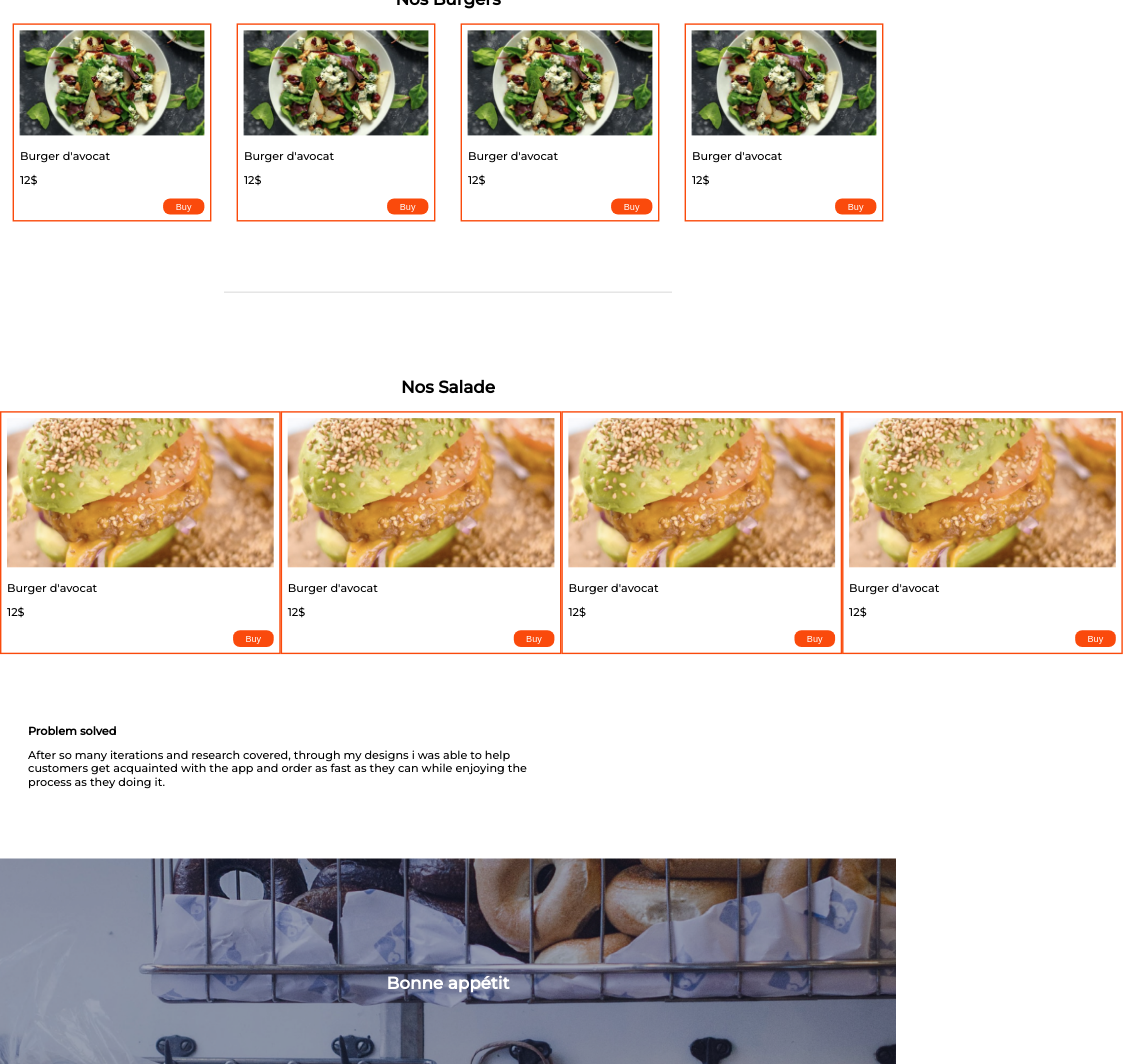
Repository: Ahlam-belhadj/bella-olange
Page: index.html
These files come from the project's save history. The page is drawn as it stood at one moment and after the next save; the edit follows.
The browser window is 1280 px wide. The page is 1604 px wide, then 1491 px, so the pictures cover 1604 px, including what lies to the right of the window. The pictures show the part of the page from y = 1389 to 2909 px (the page is 3301 px tall), at 70% of full size.

Above is the page before, as saved 2023-02-14 11:48:12.

### index.html
<!DOCTYPE html>
<html lang="en">

<head>
    <meta charset="UTF-8">
    <meta http-equiv="X-UA-Compatible" content="IE=edge">
    <meta name="viewport" content="width=device-width, initial-scale=1.0">
    <link rel="stylesheet" href="style.css">
    <title>Bella olanje</title>
</head>

<body>
    <header>
        <nav>
            <div class="logo"><img  class="logo" src="image/logo_bella_olonje.png" alt="logo"></div>
            <ul>
                <li><a href="#" class="nav-link">Home</a></li>
                <li><a href="#" class="nav-link">Pizza</a></li>
                <li><a href="#" class="nav-link">Burgers</a></li>
                <li><a href="#" class="nav-link">Salade</a></li>
                <li><a href="#" class="nav-link">Contact</a></li>

            </ul>
            <div class="icon_navbar">
                <label for="click" class="menu-btn">
                  <i class="fas fa-bars"></i>
                </label>
            </div>
          </nav>

        <div class="title">
            <div class="texte">
                <h3>Food app</h3>
                <h1>Chez Bella <br>
                    chaque désire s'additionne.</h1>
            </div>
        </div>
    </header>
    <main>
        <h2 id="pizza" >Nos Pizza</h2>
        <div class="container-card">
            <div class="border">
                <div class="card-img">
                    <img class="pimg" src="image/fromage.png" alt="">
                </div>
                <div class="card-text">
                    <p>
                        Pizza 4 Fromage
                    </p>
                </div>
                <div class="prix">
                    <p>
                        12$
                    </p>
                </div>
                <div class="button1">
                    <a href="index2.html"><button class="button" type="button">Buy</button></a>
                </div>
            </div>
            <div class="border">
                <div class="card-img">
                    <img  class="pimg" src="image/fromage.png" alt="">
                </div>
                <div class="card-text">
                    <p>
                        Pizza 4 Fromage
                    </p>
                </div>
                <div class="prix">
                    <p>
                        12$
                    </p>
                </div>
                <div class="button1">
                    <a href="index2.html"><button class="button" type="button">Buy</button></a>
                </div>
            </div>
            <div class="border">
                <div class="card-img">
                    <img class="pimg" src="image/fromage.png" alt="">
                </div>
                <div class="card-text">
                    <p>
                        Pizza 4 Fromage
                    </p>
                </div>
                <div class="prix">
                    <p>
                        12$
                    </p>
                </div>
                <div class="button1">
                    <a href="index2.html"><button class="button" type="button">Buy</button></a>
                </div>
            </div>
            <div class="border">
                <div class="card-img">
                    <img class="pimg"src="image/fromage.png" alt="">
                </div>
                <div class="card-text">
                    <p>
                        Pizza 4 Fromage
                    </p>
                </div>
                <div class="prix">
                    <p>
                        12$
                    </p>
                </div>
                <div class="button1">
                    <a href="index2.html"><button class="button" type="button">Buy</button></a>
                </div>
            </div>
        </div>
        <hr id="burgers">
        <h2>Nos Burgers</h2>
        <div class="container-card">
            <div class="border">
                <div class="card-img">
                    <img class="pimg" src="image/salade.png" alt="">
                </div>
                <div class="card-text">
                    <p>
                        Burger d'avocat
                    </p>
                </div>
                <div class="prix">
                    <p>
                        12$
                    </p>
                </div>
                <div class="button1">
                    <a href="index2.html"><button class="button" type="button">Buy</button></a>
                </div>
            </div>
            <div class="border">
                <div class="card-img">
                    <img class="pimg"  src="image/salade.png" alt="">
                </div>
                <div class="card-text">
                    <p>
                        Burger d'avocat
                    </p>
                </div>
                <div class="prix">
                    <p>
                        12$
                    </p>
                </div>
                <div class="button1">
                    <a href="index2.html"><button class="button" type="button">Buy</button></a>
                </div>
            </div>
            <div class="border">
                <div class="card-img">
                    <img class="pimg" src="image/salade.png" alt="">
                </div>
                <div class="card-text">
                    <p>
                        Burger d'avocat
                    </p>
                </div>
                <div class="prix">
                    <p>
                        12$
                    </p>
                </div>
                <div class="button1">
                    <a href="index2.html"><button class="button" type="button">Buy</button></a>
                </div>
            </div>
            <div class="border">
                <div class="card-img">
                    <img class="pimg" src="image/salade.png" alt="">
                </div>
                <div class="card-text">
                    <p>
                        Burger d'avocat
                    </p>
                </div>
                <div class="prix">
                    <p>
                        12$
                    </p>
                </div>
                <div class="button1">
                    <a href="index2.html"><button class="button" type="button">Buy</button></a>
                </div>
            </div>
        </div>
        <hr id="salade">
        <h2>Nos Salade</h2>
        <div class="container-card">
            <div class="border">
                <div class="card-img">
                    <img src="image/burger.png" alt="">
                </div>
                <div class="card-text">
                    <p>
                        Burger d'avocat
                    </p>
                </div>
                <div class="prix">
                    <p>
                        12$
                    </p>
                </div>
                <div class="button1">
                    <a href="index2.html"><button class="button" type="button">Buy</button></a>
                </div>
            </div>
            <div class="border">
                <div class="card-img">
                    <img src="image/burger.png" alt="">
                </div>
                <div class="card-text">
                    <p>
                        Burger d'avocat
                    </p>
                </div>
                <div class="prix">
                    <p>
                        12$
                    </p>
                </div>
                <div class="button1">
                    <a href="index2.html"><button class="button" type="button">Buy</button></a>
                </div>
            </div>
            <div class="border">
                <div class="card-img">
                    <img src="image/burger.png" alt="">
                </div>
                <div class="card-text">
                    <p>
                        Burger d'avocat
                    </p>
                </div>
                <div class="prix">
                    <p>
                        12$
                    </p>
                </div>
                <div class="button1">
                    <a href="index2.html"><button class="button" type="button">Buy</button></a>
                </div>
            </div>
            <div class="border">
                <div class="card-img">
                    <img src="image/burger.png" alt="">
                </div>
                <div class="card-text">
                    <p>
                        Burger d'avocat
                    </p>
                </div>
                <div class="prix">
                    <p>
                        12$
                    </p>
                </div>
                <div class="button1">
                    <a href="index2.html"><button class="button" type="button">Buy</button></a>
                </div>
            </div>
        </div>


        <strong>
            Problem solved
        </strong>


        <p class="texte3">After so many iterations and research covered, through my designs i was able to help <br> customers get
            acquainted
            with the app and order as fast as they can while enjoying the <br>
            process as they doing it.</p>



        <div class="title1">
            <div class="texte">
                <h2>Bonne appétit</h2>
            </div>
        </div>

        <footer class="footer">
            <img class="footer_logo" src="image/logo_bella_olonje.png" alt="logo">
            <div class="social">
                <img src="image/ant-design_twitter-outlined.png" alt="panier">
                <img src="image/ant-design_facebook-filled.png" alt="facebook">
                <img src="image/instagram.png" alt="insta">
            </div>
            <p class="copy">Copyright 2020 BienManger.com</p>
        </footer>
    </main>

</body>

</html>

### style.css
@import url('https://fonts.googleapis.com/css2?family=Montserrat:wght@100;200;500&display=swap');

body {
    font-family: Montserrat, sans-serif;
    margin: auto;
}


.logo {
    height: 80px;
}

nav {
    display: flex;
    height: 80px;
    width: 100%;
    background: white;
    align-items: center;
    justify-content: space-between;
    padding: 0 50px 0 100px;
    flex-wrap: wrap;
  }

  nav .logo {
    color: #fff;
    font-size: 20px;
    text-transform: uppercase;
    text-decoration: none;
  }

  nav a {
    color: #fff;
    text-decoration: none;
  }

  nav ul {
    display: flex;
    flex-wrap: wrap;
    list-style: none;

  }

  nav ul li {
    margin: 0 5px;
  }

  nav ul li a {
    color: black;
    text-decoration: none;
    font-size: 16px;
    font-weight: 500;
    padding: 8px 15px;
    border-radius: 5px;
    letter-spacing: 1px;
    transition: all 0.3s ease;
  }

  nav .icon_navbar {
    display: flex;
  }



  nav .menu-btn i {
    color: #050505;
    font-size: 22px;
    cursor: pointer;

  }

  input[type="checkbox"] {
    display: none;
  }

  @media (max-width: 1000px) {
    nav {
      padding: 0 40px 0 50px;
    }

    nav .logo {
      color: #fff;
      font-size: 16px;
      text-transform: uppercase;
    }
  }

  @media (max-width: 1250px) {
    nav .menu-btn i {
      display: block;
    }

    #click:checked~.menu-btn i:before {
      content: "\f00d";
    }

    nav ul {
      position: fixed;
      top: 80px;
      right: -100%;
      background: #C81100;
      height: 100vh;
      width: 60%;
      text-align: center;
      display: block;
      transition: all 0.3s ease;
    }

    #click:checked~ul {
      right: 0;
    }

    nav ul li {
      width: 100%;
      margin: 40px 0;
    }

    nav ul li a {
      width: 100%;
      display: block;
      font-size: 20px;
      transition: 0.6s cubic-bezier(0.68, -0.55, 0.265, 1.55);
    }

    #click:checked~ul li a {
      margin-left: 0px;
    }

    nav ul li a.active,
    nav ul li a:hover {
      background: none;
      color: #1E1E1E;
    }
  }

.title {
  background-image: url(image/Rectangle\ 48.png);
  height: 619px;
  background-repeat: no-repeat;
  background-position: center;
  background-size: cover;



}

.texte{
    color: white;
    display: flex;
    align-items: center;
    justify-content: center;
    flex-direction: column;
    text-align: center;
    height: 50%;
}

h2{
    text-align:center;
    padding-top: 100px;
}

.container-card{
    display: flex;
    flex-direction: row;
    justify-content: space-around;
    align-items: center;
    margin-bottom: 100px;

}

.border{
    border: 2px solid #fa4a0c;
    padding: 8px;

}

.pimg {
  height: 150px;
}

.button {
    border: 0;
    line-height: 1.8;
    padding: 0 18px;
    font-size: 13px;
    text-align: center;
    color: #fff;
    border-radius: 10px;
    background-color:#FA4A0C;

}


.button1{
    display: flex;
    justify-content: end;

}

.imgf{
    height: 619px;
}

.title1 {
    background-image: url(image/Rectangle\ 47.png);
    height: 516px;
    background-repeat: no-repeat;
    background-position: center;
    background-size: cover;



}

p.texte3 {

    margin-bottom: 100px;
    padding-left: 40px;
}

.footer {
    padding: 0 115px 54px 115px;
    display: flex;
    flex-direction: row;
    justify-content: space-between;
}

.footer_logo {
    padding-top: 17px;
    height: 90px;
}

.social {
    padding-top: 66px;
}

.copy {
    padding-top: 74px;
    font-family: Montserrat;
    font-style: normal;
    font-weight: 700;
    font-size: 12px;
    line-height: 18px;
    letter-spacing: 0.2px;
}


hr {
    width: 50%;
    height: 2px;
    background-color:#E4E4E4;
    border: none;
}

strong {
    padding-left: 40px;

}



@media (max-width:700px) {

    .container-card{
        flex-direction: column;
    }

    .border {
        margin: 20px;
    }


    .footer{
        padding: 0;
        display: flex;
        flex-direction: column;
    }


    .footer_logo{
        width: 150px;

       padding-left: 150px;
       margin-bottom: 0x;
    }
    .social {
        display: flex;
        justify-content: center;
    }

    .nav-menu {
        width: 105%;
    }

    .copy{
        text-align: center;
    }


}

@media screen and (min-width:701px) and (max-width:1199px) {

  .container-card{
    flex-direction: column;
}

.border {
    margin: 20px;
}


.footer{
    padding: 0;
    display: flex;
    flex-direction: column;
}


.footer_logo{
    width: 150px;
    padding-left: 450px;
   margin-bottom: 0x;
}
.social {
    display: flex;
    justify-content: center;
}

.nav-menu {
    width: 105%;
}

.copy{
    text-align: center;
}


}

After the next save:
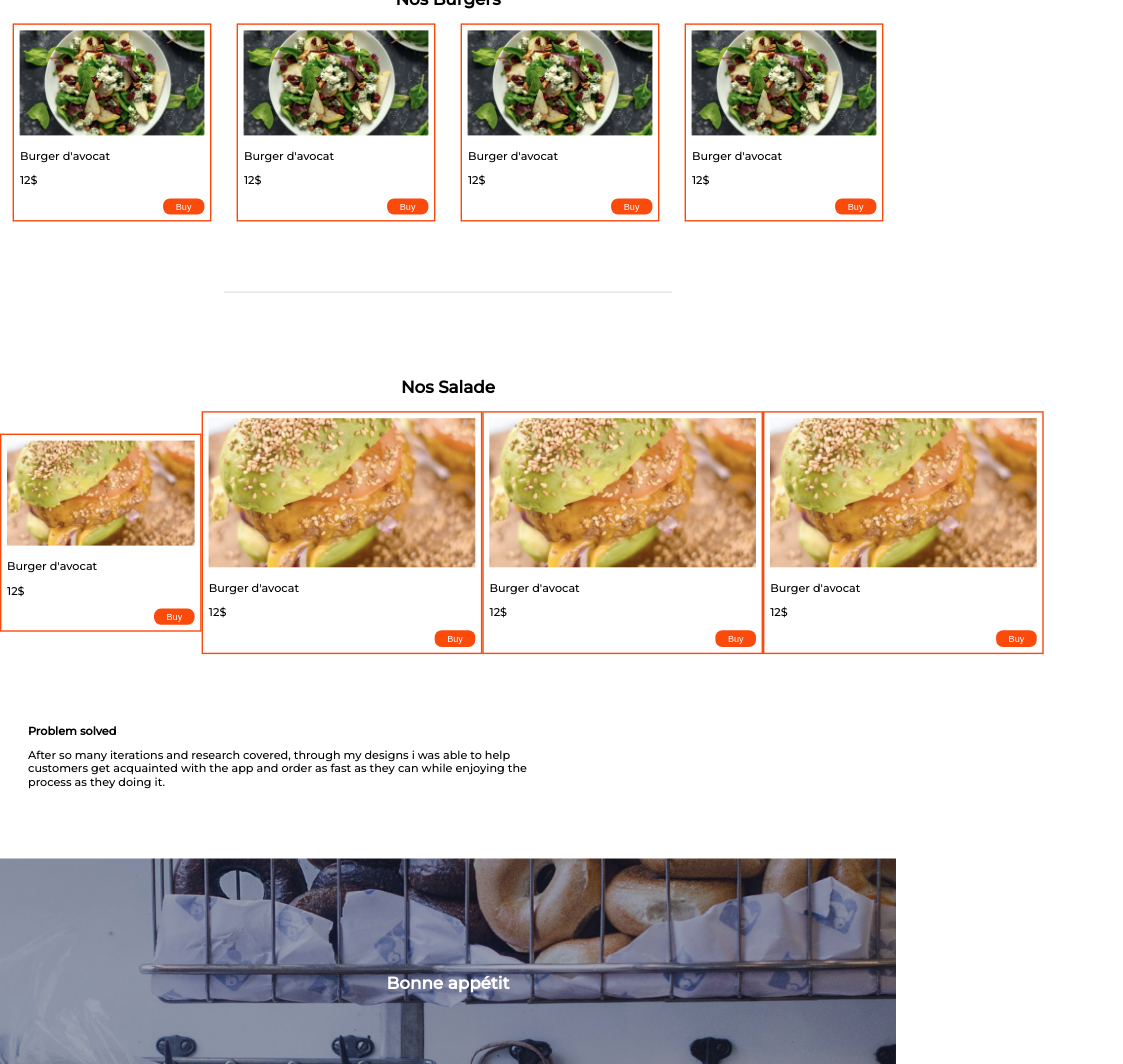
Saved 8 s later.
--- a/index.html
+++ b/index.html
@@ -193,7 +193,7 @@
         <div class="container-card">
             <div class="border">
                 <div class="card-img">
-                    <img src="image/burger.png" alt="">
+                    <img class="pimg" src="image/burger.png" alt="">
                 </div>
                 <div class="card-text">
                     <p>
